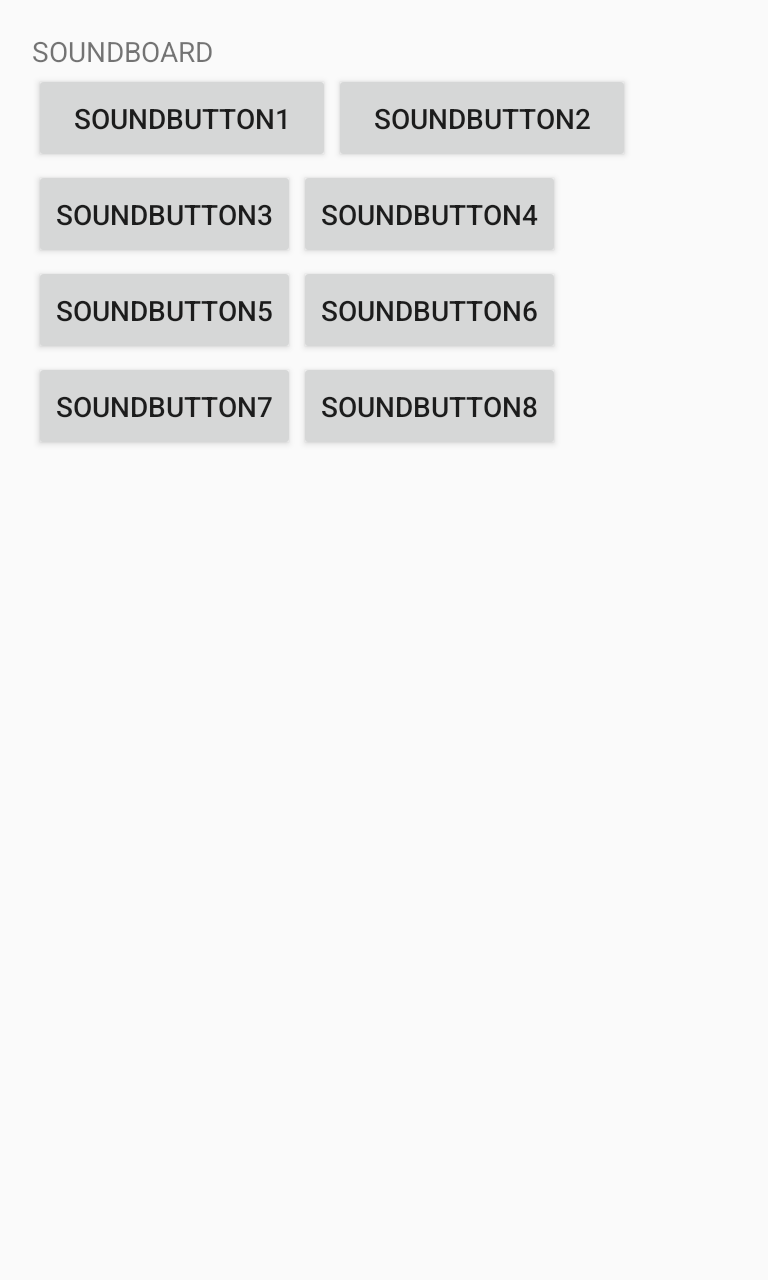
Repository: SoundBoardJAMJ/Project
Layout: workspace/soundtest/res/layout/fragment_main.xml
An editor plug-in stored every save of this project. The layout is shown before and after the next save, followed by the edit.
It is drawn on a 768 x 1280 px phone screen (xhdpi) without system bars, with theme AppTheme; the app's code is not run.

Above is the layout before, as saved 2014-04-28 19:50:51.

### workspace/soundtest/res/layout/fragment_main.xml
<RelativeLayout xmlns:android="http://schemas.android.com/apk/res/android"
    xmlns:tools="http://schemas.android.com/tools"
    android:layout_width="match_parent"
    android:layout_height="match_parent"
    android:paddingBottom="@dimen/activity_vertical_margin"
    android:paddingLeft="@dimen/activity_horizontal_margin"
    android:paddingRight="@dimen/activity_horizontal_margin"
    android:paddingTop="@dimen/activity_vertical_margin"
    tools:context="com.example.soundtest.MainActivity$PlaceholderFragment" >

    <TextView
        android:id="@+id/textView1"
        android:layout_width="wrap_content"
        android:layout_height="wrap_content"
        android:text="SOUNDBOARD" />

    <Button
        android:id="@+id/button4"
        android:layout_width="wrap_content"
        android:layout_height="wrap_content"
        android:layout_alignBaseline="@+id/button3"
        android:layout_alignBottom="@+id/button3"
        android:layout_toRightOf="@+id/button3"
        android:onClick="ButtonOnClick"
        android:text="soundbutton4" />

    <Button
        android:id="@+id/button6"
        android:layout_width="wrap_content"
        android:layout_height="wrap_content"
        android:layout_alignBaseline="@+id/button5"
        android:layout_alignBottom="@+id/button5"
        android:layout_alignLeft="@+id/button4"
        android:onClick="ButtonOnClick"
        android:text="soundbutton6" />

    <Button
        android:id="@+id/button8"
        android:layout_width="wrap_content"
        android:layout_height="wrap_content"
        android:layout_alignBaseline="@+id/button7"
        android:layout_alignBottom="@+id/button7"
        android:layout_alignLeft="@+id/button6"
        android:onClick="ButtonOnClick"
        android:text="soundbutton8" />

    <Button
        android:id="@+id/button1"
        android:layout_width="150dp"
        android:layout_height="wrap_content"
        android:layout_alignParentLeft="true"
        android:layout_below="@+id/textView1"
        android:onClick="ButtonOnClick"
        android:text="soundbutton1" />

    <Button
        android:id="@+id/button3"
        android:layout_width="wrap_content"
        android:layout_height="wrap_content"
        android:layout_alignParentLeft="true"
        android:layout_below="@+id/button1"
        android:onClick="ButtonOnClick"
        android:text="soundbutton3" />

    <Button
        android:id="@+id/button5"
        android:layout_width="wrap_content"
        android:layout_height="wrap_content"
        android:layout_alignParentLeft="true"
        android:layout_below="@+id/button3"
        android:onClick="ButtonOnClick"
        android:text="soundbutton5" />

    <Button
        android:id="@+id/button7"
        android:layout_width="wrap_content"
        android:layout_height="wrap_content"
        android:layout_alignParentLeft="true"
        android:layout_below="@+id/button5"
        android:onClick="ButtonOnClick"
        android:text="soundbutton7" />

    <Button
        android:id="@+id/button2"
        android:layout_width="150dp"
        android:layout_height="wrap_content"
        android:layout_above="@+id/button4"
        android:layout_toRightOf="@+id/button1"
        android:onClick="ButtonOnClick"
        android:text="soundbutton2" />

</RelativeLayout>

Loaded but not shown: workspace/soundtest/res/values/styles.xml (common file); workspace/soundtest/res/values-v11/styles.xml (common file); workspace/soundtest/res/values-v14/styles.xml (common file); workspace/soundtest/res/values/dimens.xml (common file); workspace/soundtest/res/values-w820dp/dimens.xml (common file)

After the next save:
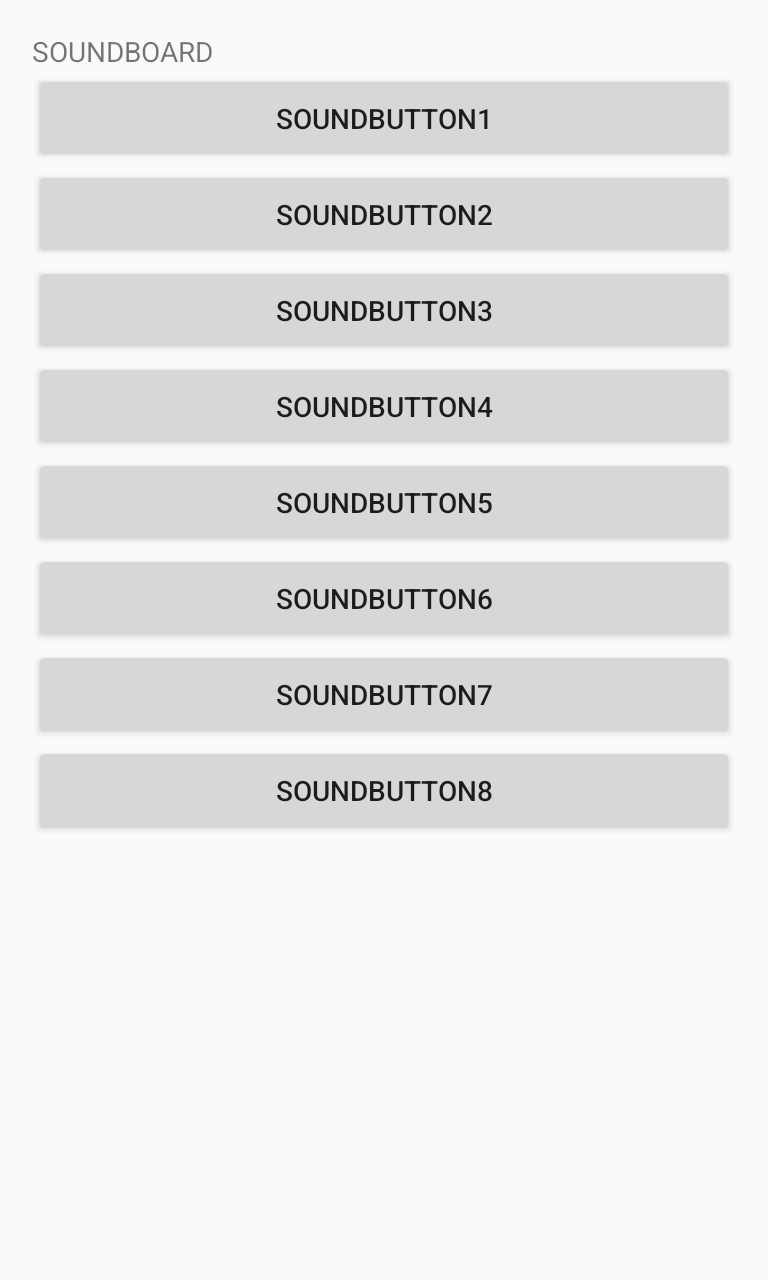
Saved 7 min 34 s later.
--- a/workspace/soundtest/res/layout/fragment_main.xml
+++ b/workspace/soundtest/res/layout/fragment_main.xml
@@ -15,78 +15,75 @@
         android:text="SOUNDBOARD" />
 
     <Button
-        android:id="@+id/button4"
-        android:layout_width="wrap_content"
+        android:id="@+id/button5"
+        android:layout_width="match_parent"
         android:layout_height="wrap_content"
-        android:layout_alignBaseline="@+id/button3"
-        android:layout_alignBottom="@+id/button3"
-        android:layout_toRightOf="@+id/button3"
+        android:layout_alignLeft="@+id/button4"
+        android:layout_below="@+id/button4"
         android:onClick="ButtonOnClick"
-        android:text="soundbutton4" />
+        android:text="soundbutton5" />
 
     <Button
         android:id="@+id/button6"
-        android:layout_width="wrap_content"
+        android:layout_width="match_parent"
         android:layout_height="wrap_content"
-        android:layout_alignBaseline="@+id/button5"
-        android:layout_alignBottom="@+id/button5"
-        android:layout_alignLeft="@+id/button4"
+        android:layout_alignParentLeft="true"
+        android:layout_below="@+id/button5"
         android:onClick="ButtonOnClick"
         android:text="soundbutton6" />
 
     <Button
+        android:id="@+id/button7"
+        android:layout_width="match_parent"
+        android:layout_height="wrap_content"
+        android:layout_alignParentLeft="true"
+        android:layout_below="@+id/button6"
+        android:onClick="ButtonOnClick"
+        android:text="soundbutton7" />
+
+    <Button
         android:id="@+id/button8"
-        android:layout_width="wrap_content"
+        android:layout_width="match_parent"
         android:layout_height="wrap_content"
-        android:layout_alignBaseline="@+id/button7"
-        android:layout_alignBottom="@+id/button7"
-        android:layout_alignLeft="@+id/button6"
+        android:layout_alignLeft="@+id/button7"
+        android:layout_below="@+id/button7"
         android:onClick="ButtonOnClick"
         android:text="soundbutton8" />
 
     <Button
         android:id="@+id/button1"
-        android:layout_width="150dp"
+        android:layout_width="match_parent"
         android:layout_height="wrap_content"
-        android:layout_alignParentLeft="true"
+        android:layout_alignLeft="@+id/textView1"
         android:layout_below="@+id/textView1"
         android:onClick="ButtonOnClick"
         android:text="soundbutton1" />
 
     <Button
+        android:id="@+id/button2"
+        android:layout_width="match_parent"
+        android:layout_height="wrap_content"
+        android:layout_alignLeft="@+id/button1"
+        android:layout_below="@+id/button1"
+        android:onClick="ButtonOnClick"
+        android:text="soundbutton2" />
+
+    <Button
         android:id="@+id/button3"
-        android:layout_width="wrap_content"
+        android:layout_width="match_parent"
         android:layout_height="wrap_content"
-        android:layout_alignParentLeft="true"
-        android:layout_below="@+id/button1"
+        android:layout_alignLeft="@+id/button2"
+        android:layout_below="@+id/button2"
         android:onClick="ButtonOnClick"
         android:text="soundbutton3" />
 
     <Button
-        android:id="@+id/button5"
-        android:layout_width="wrap_content"
+        android:id="@+id/button4"
+        android:layout_width="match_parent"
         android:layout_height="wrap_content"
-        android:layout_alignParentLeft="true"
+        android:layout_alignLeft="@+id/button3"
         android:layout_below="@+id/button3"
         android:onClick="ButtonOnClick"
-        android:text="soundbutton5" />
-
-    <Button
-        android:id="@+id/button7"
-        android:layout_width="wrap_content"
-        android:layout_height="wrap_content"
-        android:layout_alignParentLeft="true"
-        android:layout_below="@+id/button5"
-        android:onClick="ButtonOnClick"
-        android:text="soundbutton7" />
-
-    <Button
-        android:id="@+id/button2"
-        android:layout_width="150dp"
-        android:layout_height="wrap_content"
-        android:layout_above="@+id/button4"
-        android:layout_toRightOf="@+id/button1"
-        android:onClick="ButtonOnClick"
-        android:text="soundbutton2" />
+        android:text="soundbutton4" />
 
 </RelativeLayout>
